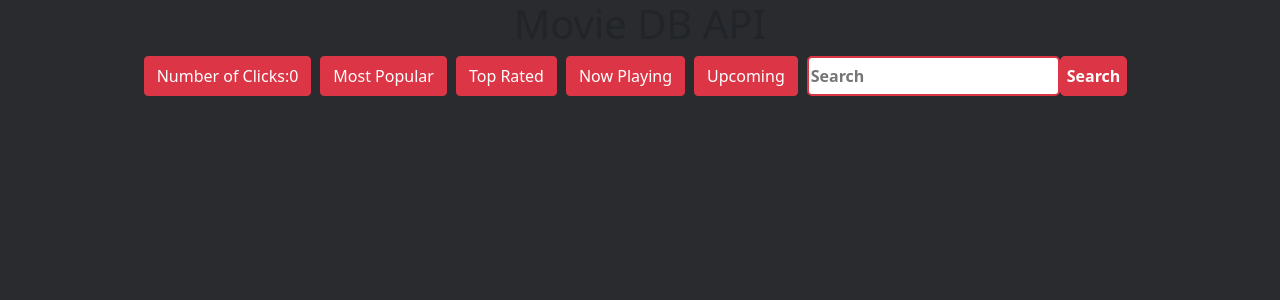
Repository: chaampavictor/moviedbapi
Page: /
An editor plug-in stored every save of this project. The page is shown before and after the next save, followed by the edit.
The browser window is 1280 px wide. The pictures show the whole page.
The page's requests for data from a server got no answer. The project was rebuilt for these pictures with package versions that can differ from the ones it lists, and the page was loaded fresh each time. No one was signed in, and anything a server would have sent is missing. Also part of the build but not shown: src/components/details.js.

Above is the page before, as saved 2022-01-22 12:30:29.

### src/index.css
body {
  margin: 0;
  font-family: -apple-system, BlinkMacSystemFont, "Segoe UI", "Roboto", "Oxygen",
    "Ubuntu", "Cantarell", "Fira Sans", "Droid Sans", "Helvetica Neue",
    sans-serif;
  -webkit-font-smoothing: antialiased;
  -moz-osx-font-smoothing: grayscale;
  background: #2a2b2e !important;
}

code {
  font-family: source-code-pro, Menlo, Monaco, Consolas, "Courier New",
    monospace;
}

### src/App.js
import React, { useEffect, useState } from "react";
import axios from "axios";
import "./App.css";
import "bootstrap/dist/css/bootstrap.min.css";
import Modal from "react-bootstrap/Modal";

import Button from "react-bootstrap/Button";
import Searchform from "./components/searchform.js";
import Filterbutton from "./components/filterbutton";

import Details from "./components/details";
import { useCallback } from "react";
const api_key = "872c70d736d1ef4484522f734137927d";
const BASE_URL = "https://api.themoviedb.org/3";
const getImage = (path) => `https://image.tmdb.org/t/p/w300/${path}`;

function App() {
  const [data, setData] = useState([]);
  const [details, setDetails] = useState([]);
  const [show, setShow] = useState(false);
  const [count, setCount] = useState(0);
  const handleClose = () => setShow(false);

  const api = axios.create({ baseURL: BASE_URL });

  const getUpcoming = api.get("/movie/popular", { params: { api_key } });

  useEffect(() => {
    getUpcoming.then((res) => {
      setData(res.data.results);
    });
  }, []);

  const GetMostPopular = () => {
    setCount(count + 1);

    const toprated = api.get("/movie/popular", { params: { api_key } });
    toprated.then((res) => {
      console.log("get popular", res.data.results);
      setData(res.data.results);
    });
  };

  const GetTopRated = (res) => {
    setCount(count + 1);

    const toprated = api.get("/movie/top_rated", { params: { api_key } });
    toprated.then((res) => {
      console.log("get top rated", res.data.results);
      setData(res.data.results);
    });
  };

  const PlayingNow = () => {
    setCount(count + 1);
    const name = "now_playing";
    const latest = api.get(`movie/${name}`, { params: { api_key } });
    latest.then((res) => {
      console.log("now_playing movies", res.data);
      setData(res.data.results);
    });
  };

  const GetUpcoming = () => {
    setCount(count + 1);

    const latest = api.get("movie/upcoming", { params: { api_key } });
    latest.then((res) => {
      console.log("latest movies", res.data);
      setData(res.data.results);
    });
  };

  const searchMovie = (name) => {
    setCount(count + 1);

    console.log(name);
    const query = name;
    const latest = api.get("search/movie", { params: { api_key, query } });
    latest.then((res) => {
      setData(res.data.results);
    });
  };

  return (
    <div className="App">
      <h1 style={{ textAlign: "center" }}>Movie DB API</h1>
      <header>
        <div
          style={{
            display: "flex",
            justifyContent: "center",
            alignItems: "center",
            marginBottom: "12px",
          }}
        >
          {/**/}
          <Button variant="danger" className="filterbutton">
            Number of Clicks:{count}
          </Button>
          <Filterbutton
            PlayingNow={PlayingNow}
            GetUpcoming={GetUpcoming}
            GetTopRated={GetTopRated}
            GetMostPopular={GetMostPopular}
          />

          <Searchform handleSubmit={searchMovie} />
        </div>
        <Modal
          aria-labelledby="example-custom-modal-styling-title"
          centered
          size="lg"
          show={show}
          onHide={handleClose}
          animation={true}
        >
          <Details data={details} />
        </Modal>
        <div
          className="explore-card-columns  container-fluid"
          style={{ marginBottom: "100px" }}
        >
          {data.map((movie) => (
            <div className="item">
              <div class="hover01 column">
                <div>
                  <figure>
                    <img
                      onClick={() => {
                        setShow(true);
                        setDetails(movie);
                        setCount(count + 1);
                      }}
                      src={getImage(movie.poster_path)}
                      alt="poster"
                      className="image-item"
                    />
                  </figure>
                </div>
              </div>
            </div>
          ))}
        </div>
      </header>
    </div>
  );
}

export default App;

### src/App.css
.explore-nav {
  padding-top: 30px;
}

.item {
  margin-bottom: 15px;
}

.image-item:hover {
  opacity: 0.5;
}

.container {
  position: relative;
  width: 50%;
}

.modalcontainer {
  background-color: red;
  position: relative;
  font-family: Arial;
}

.submitbutton {
  height: 40px;
  margin-right: 9px;
  background: #dc3545;
  border: #dc3545 1px solid;
  border-radius: 5px;
  color: white;
  font-weight: bolder;
}

.searchbutton {
  border: 2px solid #dc3545;

  height: 40px;
  /* margin-right: 9px; */

  border-radius: 5px;

  font-weight: bolder;
}

.text-block {
  position: absolute;
  bottom: 260px;
  height: 210px;
  /* right: 150px; */
  /* background-color: #000000db; */
  color: white;
  padding-left: 20px;
  padding-right: 20px;
}

.image-item {
  opacity: 1;
  display: block;
  width: 100%;
  height: auto;
  transition: 0.5s ease;
  backface-visibility: hidden;
  border-radius: 52px;
  cursor: pointer;
}

.container:hover .image {
  opacity: 0.3;
}

.container:hover .middle {
  opacity: 1;
}

.text {
  background-color: red;
  color: white;
  font-size: 16px;
  padding: 16px 32px;
}

.modal-header {
  display: flex;
  flex-shrink: 0;
  align-items: center;
  justify-content: space-between;
  padding: 1rem 1rem;
  border-bottom: none !important;
  border-top-left-radius: calc(0.3rem - 1px);
  border-top-right-radius: calc(0.3rem - 1px);
}

.filterbutton {
  height: 40px;
  margin-right: 9px;
  background: red;
  border: red 1px solid;
  border-radius: 5px;
  color: white;
  font-weight: bolder;
}

.figure {
  width: 200px;
  height: 150px;
  margin: 0;
  padding: 0;
  background: #fff;
  overflow: hidden;
}
.figure:hover + span {
  bottom: -36px;
  opacity: 1;
}

/* Zoom In #1 */
.hover01 figure img {
  -webkit-transform: scale(0.9);
  transform: scale(1);
  -webkit-transition: 0.3s ease-in-out;
  transition: 0.3s ease-in-out;
}
.hover01 figure:hover img {
  -webkit-transform: scale(1);
  transform: scale(1.04);
}

.explore-body .card-body:hover {
  /* color: #30adb4; */
  background: "#32c709";
}

.card {
  border: 0px solid rgba(0, 0, 0, 0.125) !important;
}

.user-reaction div {
  padding-right: 20px;
}

.explore-card-columns .card {
  margin-bottom: 0.79rem;
}
@media screen and (min-width: 992px) {
  .explore-card-columns {
    -webkit-column-count: 4;
    -moz-column-count: 4;
    column-count: 4;
    -webkit-column-gap: 1.25rem;
    -moz-column-gap: 1.25rem;
    column-gap: 1.25rem;
  }
  .explore-card-columns .card {
    display: inline-block;
    width: 100%;
  }
}
@media screen and (max-width: 992px) {
  .explore-card-columns {
    -webkit-column-count: 2;
    -moz-column-count: 2;
    column-count: 2;
  }
}
@media screen and (max-width: 600px) {
  .explore-card-columns {
    -webkit-column-count: 1;
    -moz-column-count: 1;
    column-count: 1;
  }
}

### src/components/searchform.js
import React from "react";

import { useCallback, useState } from "react";

export default function Searchform({ handleSubmit, data }) {
  const [name, setName] = useState("");

  return (
    <div>
      <label>
        <input
          type="text"
          value={name}
          onChange={(e) => setName(e.target.value)}
          placeholder="Search "
          className="searchbutton"
        />
      </label>
      <input
        onClick={() => handleSubmit(name)}
        type="submit"
        value="Search"
        className="submitbutton"
      />
    </div>
  );
}

### src/components/filterbutton.js
import React from "react";

import { useCallback, useState } from "react";
import Button from "react-bootstrap/Button";

export default function Filterbutton({
  GetMostPopular,
  GetTopRated,
  PlayingNow,
  GetUpcoming,
}) {
  return (
    <>
      <Button
        variant="danger"
        className="filterbutton"
        onClick={GetMostPopular}
      >
        Most Popular
      </Button>
      <Button variant="danger" className="filterbutton" onClick={GetTopRated}>
        Top Rated
      </Button>
      <Button variant="danger" className="filterbutton" onClick={PlayingNow}>
        {" "}
        Now Playing
      </Button>
      <Button variant="danger" className="filterbutton" onClick={GetUpcoming}>
        {" "}
        Upcoming
      </Button>
    </>
  );
}

Loaded but not shown: public/index.html (common file); src/index.js (common file); src/reportWebVitals.js (common file)

After the next save:
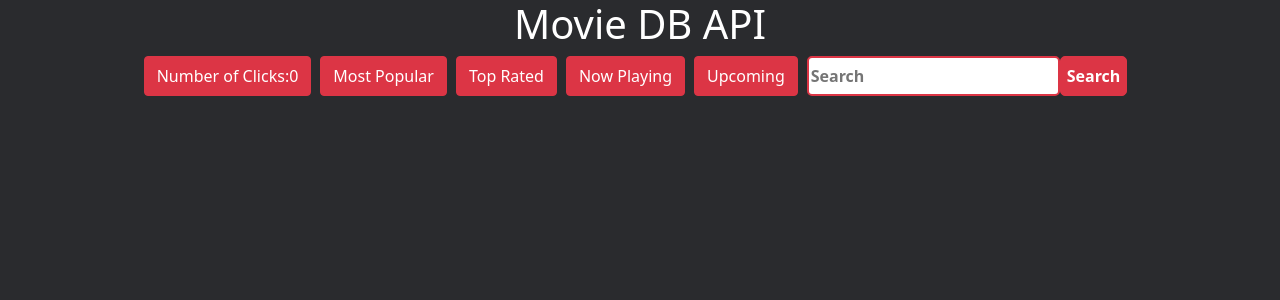
Saved 49 s later.
--- a/src/App.js
+++ b/src/App.js
@@ -84,7 +84,7 @@ function App() {
 
   return (
     <div className="App">
-      <h1 style={{ textAlign: "center" }}>Movie DB API</h1>
+      <h1 style={{ textAlign: "center", color: "#fff" }}>Movie DB API</h1>
       <header>
         <div
           style={{
